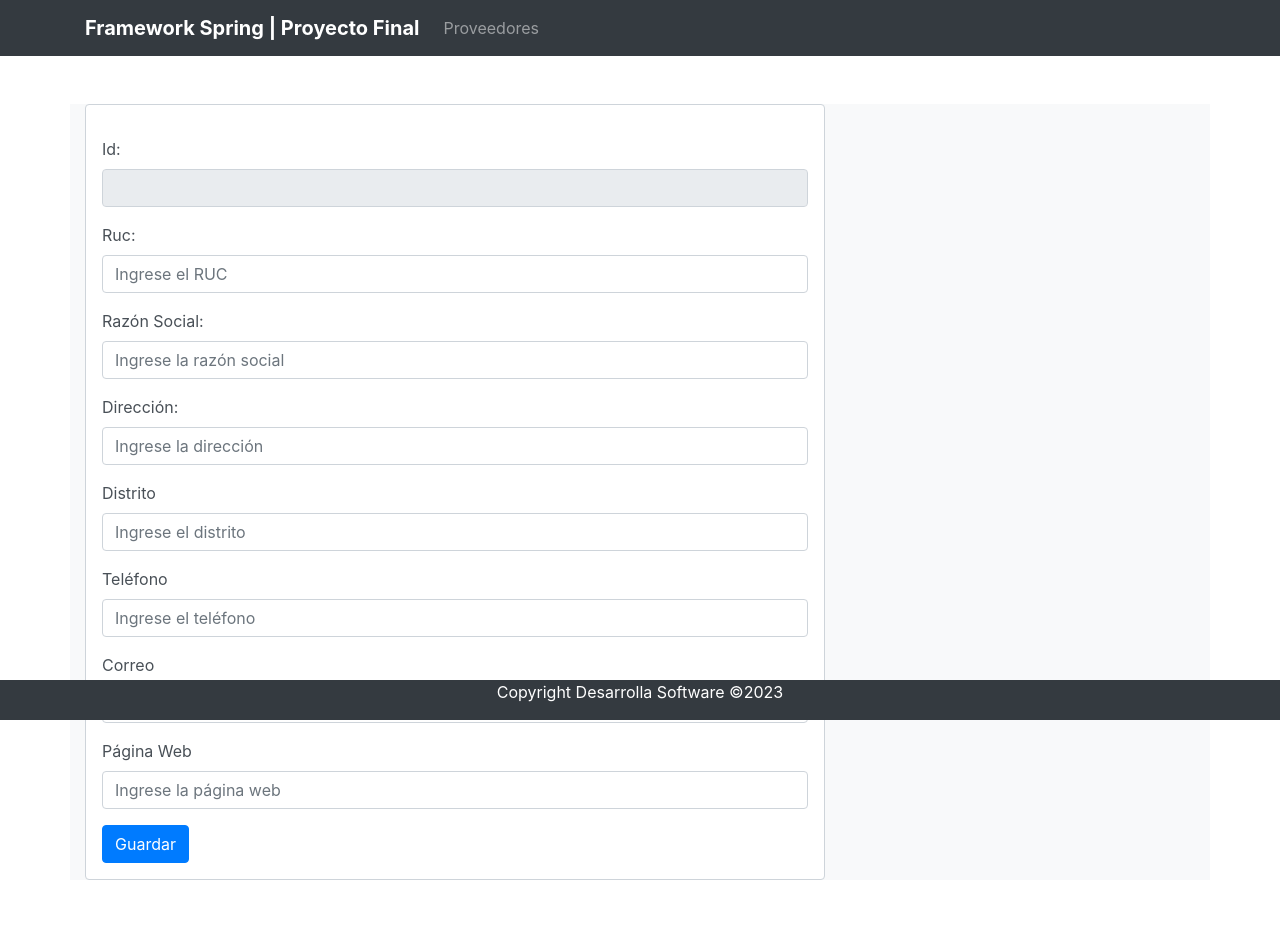
Repository: jeanyantas/proyecto-final-spring
Page: http://localhost/frmEditar
The author's editor kept a copy of each file at every save. The page is drawn from the files as they stood at one save, then again after the next save.
The browser window is 1280 px wide. The pictures show the whole page.
The page is this project's Thymeleaf template; nobody is signed in. The template is opened directly, without the code that normally fills it, so the values that code supplies are empty.

Above is the page before, as saved 2023-01-15 21:50:12.

After the next save:
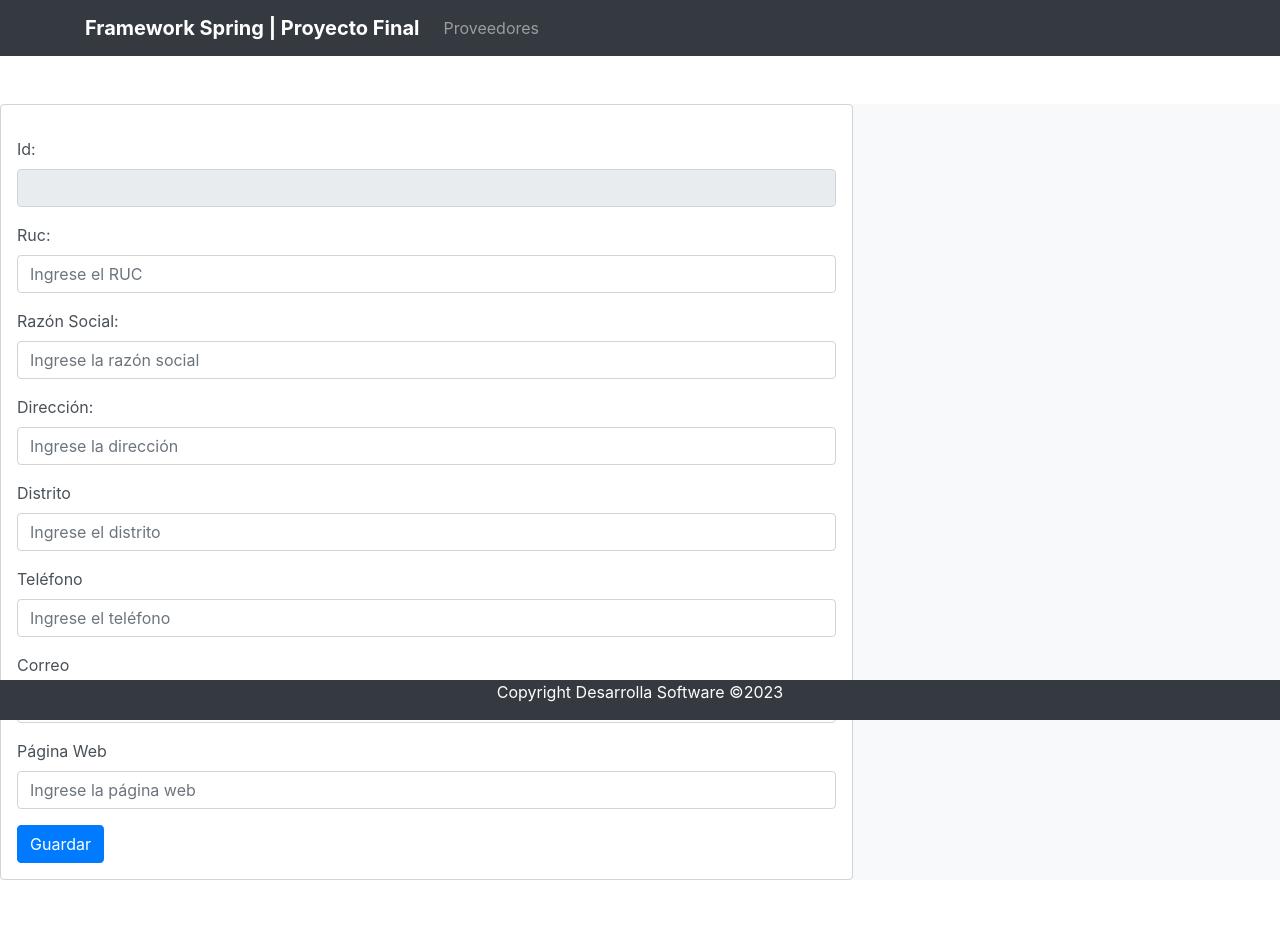
Saved 81 s later.
--- a/moduloProveedor/src/main/resources/templates/frmEditar.html
+++ b/moduloProveedor/src/main/resources/templates/frmEditar.html
@@ -4,7 +4,7 @@
 	<body>
 		<header th:replace="plantilla/plantilla :: header"></header>
 
-		<div class="container my-4 bg-light">
+		<div class="my-4 bg-light">
 			<form class="form-control p-3 my-5 col-md-8" th:action="@{/grabar}" th:object="${proveedor}" method="post">
 				<div class="text-center h1" th:text="${titulo}"></div>
 				<div class="my-3">
